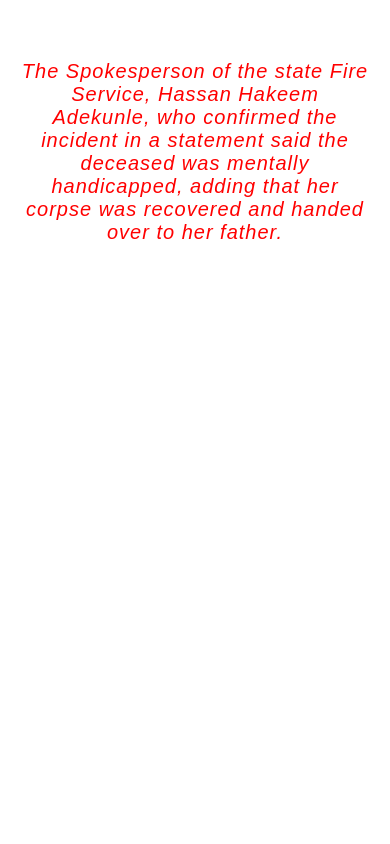
Repository: akinmiday/ReactNativeApp
Screen: /
An editor plug-in stored every save of this project. The screen is shown before and after the next save, followed by the edit.
The app was drawn by React Native's web renderer in a window 390 px wide. The project was rebuilt for these pictures with package versions that can differ from the ones it lists, and the page was loaded fresh each time.

Above is the screen before, as saved 2023-08-06 15:59:16.

After the next save:
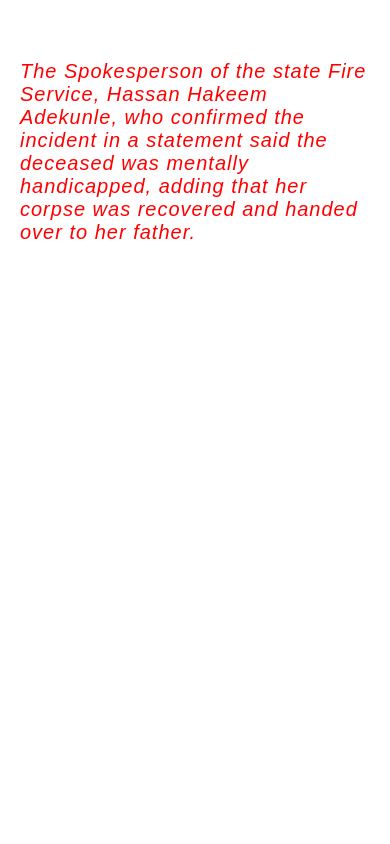
Saved 7 s later.
--- a/styles.js
+++ b/styles.js
@@ -21,7 +21,7 @@ const styles = StyleSheet.create({
     fontStyle: "italic",
     fontWeight: "normal",
     letterSpacing: 1,
-    textAlign: "center",
+    textAlign: "auto",
   },
   button: {
     backgroundColor: "yellow",
